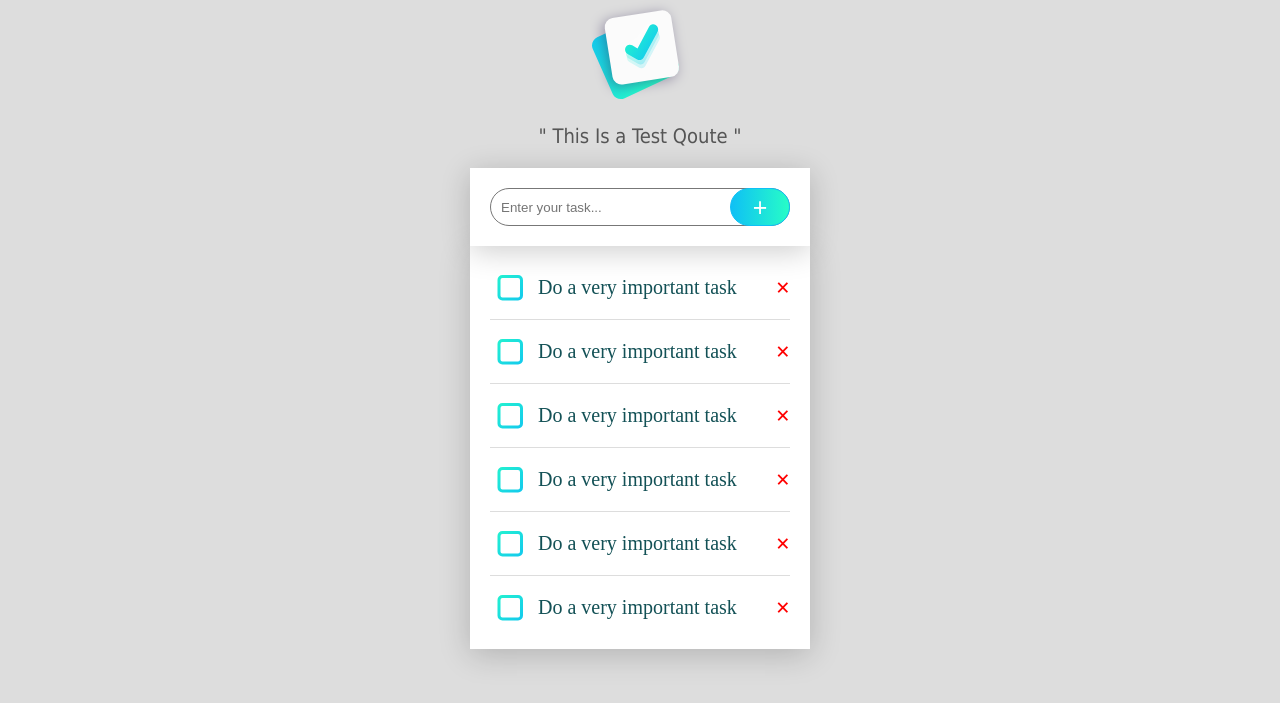
Repository: ahmedhamed15/React-Todo
Page: /
These files come from the project's save history. The page is drawn as it stood at one moment and after the next save; the edit follows.
The browser window is 1280 px wide. The pictures show the whole page.
The project was rebuilt for these pictures with package versions that can differ from the ones it lists, and the page was loaded fresh each time.

Above is the page before, as saved 2021-07-26 23:19:50.

After the next save:
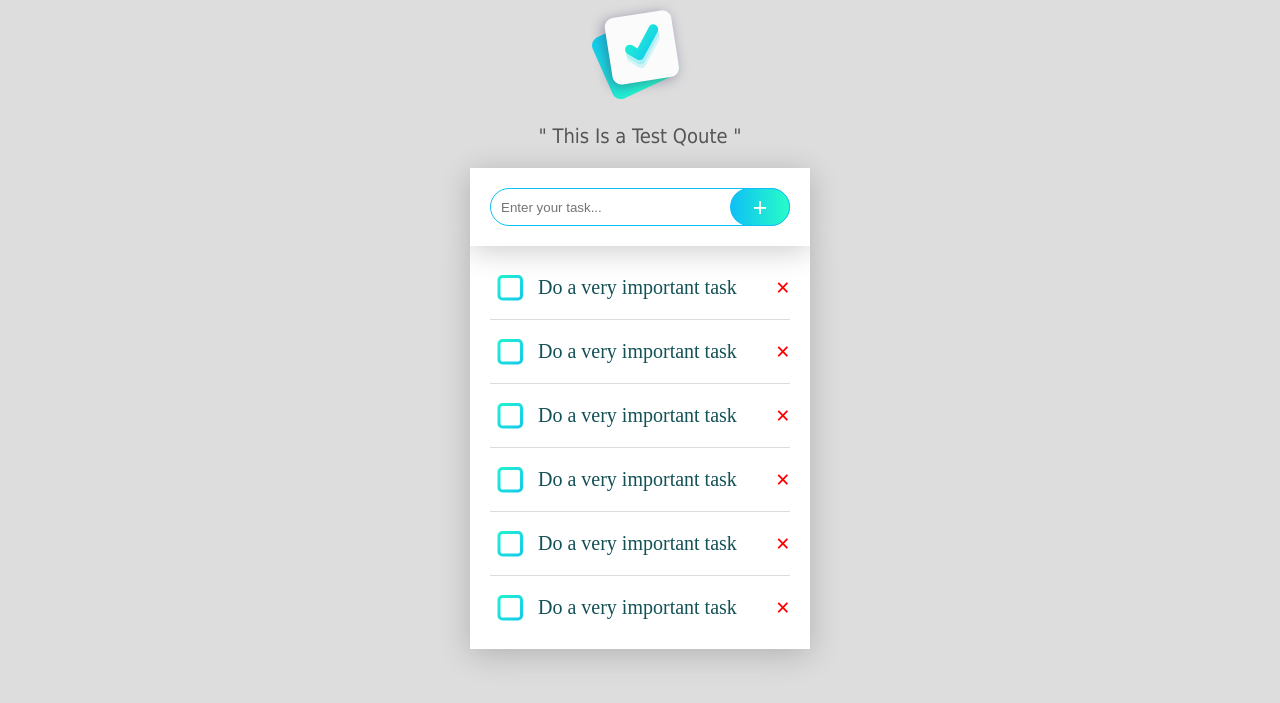
Saved 10 s later.
--- a/src/components/Todos/TodoForm/style.scss
+++ b/src/components/Todos/TodoForm/style.scss
@@ -10,7 +10,7 @@
     .todo-form__input-type,
     .todo-form__button-type {
         height: 30px;
-        border: 1px solid #777
+        border: 1px solid #0FC0F5;
     }
     .todo-form__input-type {
         width: 100%;
